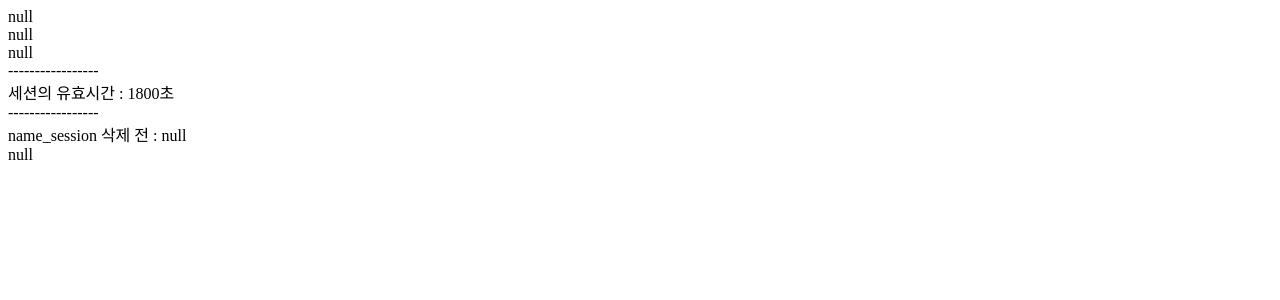
Repository: eun-chongzzz/jsp_practice
Page: http://localhost/JSPBasic/jspObject/5.session/session_check.jsp
These files come from the project's save history. The page is drawn as it stood at one moment and after the next save; the edit follows.
The browser window is 1280 px wide. The pictures show the whole page.
The page is served by Tomcat 9.

Above is the page before, as saved 2022-02-08 01:14:19.

After the next save:
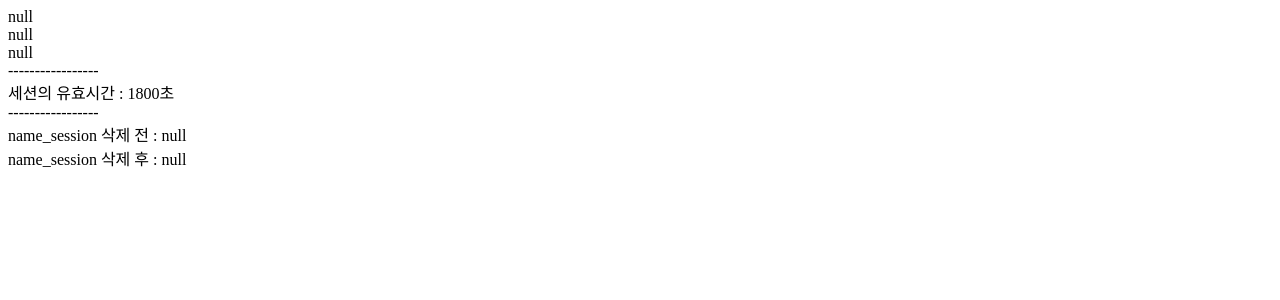
Saved 70 s later.
--- a/JSPBasic/src/main/webapp/jspObject/5.session/session_check.jsp
+++ b/JSPBasic/src/main/webapp/jspObject/5.session/session_check.jsp
@@ -32,7 +32,7 @@
 	// 특정한 세션만 삭제시는 .removeAttribute("세션이름"); 을 이용해 삭제합니다.
 	// name_session 삭제 후 삭제가 잘 되었는지 화면에 찍어서 확인까지 해 보세요.
 	session.removeAttribute("name_session");
-	out.println(name);
+	out.println("name_session 삭제 후 : " + name + "<br>");
 %>
 <!DOCTYPE html>
 <html>
